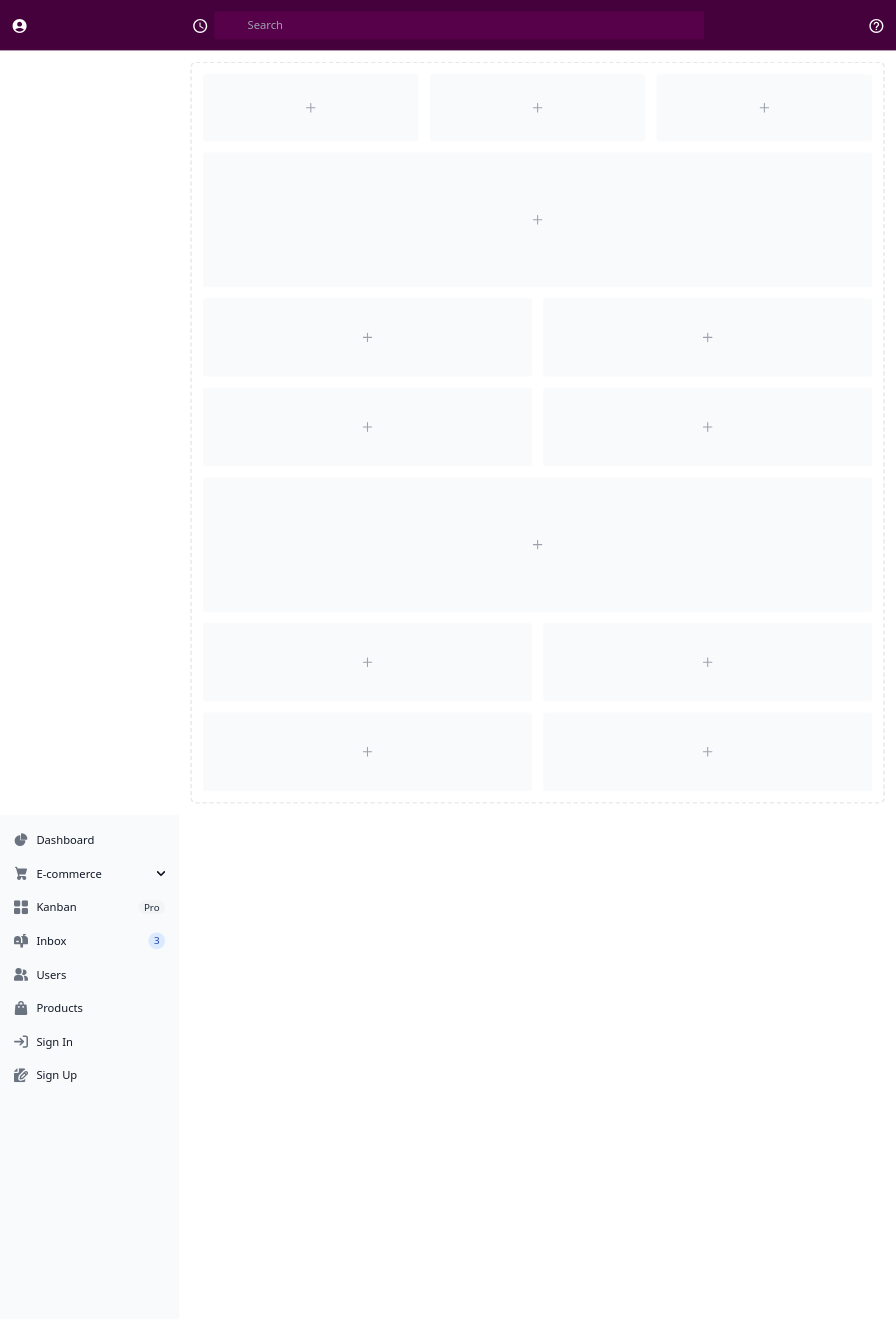
Repository: Shamraiz761/Slack_clone
Page: /
The author's editor kept a copy of each file at every save. The page is drawn from the files as they stood at one save, then again after a run of saves.
The browser window is 1280 px wide. The pictures show the whole page, at 70% of full size.
The project was rebuilt for these pictures with package versions that can differ from the ones it lists, and the page was loaded fresh each time. Also part of the build but not shown: vite.config.js.

Above is the page before, as saved 2024-01-14 18:47:54.

### src/App.jsx

import React from 'react'
import Header from './components/header/Header'
import Sidebar from './components/sidebar/Sidebar'
function App() {

  return (
  <div className="">
    <div>
      <Header />
      </div>

      <Sidebar />
      {/* Other main content goes here */}
    </div>
  )
}

export default App

### src/components/sidebar/Sidebar.jsx
import React from "react";

function Sidebar() {
  return (
    <div className="relative">
      <button
        data-drawer-target="sidebar-multi-level-sidebar"
        data-drawer-toggle="sidebar-multi-level-sidebar"
        aria-controls="sidebar-multi-level-sidebar"
        type="button"
        className="inline-flex items-center p-2 mt-2 ms-3 text-sm text-gray-500 rounded-lg sm:hidden hover:bg-gray-100 focus:outline-none focus:ring-2 focus:ring-gray-200 dark:text-gray-400 dark:hover:bg-gray-700 dark:focus:ring-gray-600"
      >
        <span className="sr-only">Open sidebar</span>
        <svg
          className="w-6 h-6"
          aria-hidden="true"
          fill="currentColor"
          viewBox="0 0 20 20"
          xmlns="http://www.w3.org/2000/svg"
        >
          <path
            clip-rule="evenodd"
            fill-rule="evenodd"
            d="M2 4.75A.75.75 0 012.75 4h14.5a.75.75 0 010 1.5H2.75A.75.75 0 012 4.75zm0 10.5a.75.75 0 01.75-.75h7.5a.75.75 0 010 1.5h-7.5a.75.75 0 01-.75-.75zM2 10a.75.75 0 01.75-.75h14.5a.75.75 0 010 1.5H2.75A.75.75 0 012 10z"
          ></path>
        </svg>
      </button>

      <aside
        id="sidebar-multi-level-sidebar"
        className="absolute top-full left-0  w-64 h-screen transition-transform -translate-x-full sm:translate-x-0"
        aria-label="Sidebar"
      >
        <div className="h-full px-3 py-4 overflow-y-auto bg-gray-50 dark:bg-gray-800">
          <ul className="space-y-2 font-medium">
            <li>
              <a
                href="#"
                className="flex items-center p-2 text-gray-900 rounded-lg dark:text-white hover:bg-gray-100 dark:hover:bg-gray-700 group"
              >
                <svg
                  className="w-5 h-5 text-gray-500 transition duration-75 dark:text-gray-400 group-hover:text-gray-900 dark:group-hover:text-white"
                  aria-hidden="true"
                  xmlns="http://www.w3.org/2000/svg"
                  fill="currentColor"
                  viewBox="0 0 22 21"
                >
                  <path d="M16.975 11H10V4.025a1 1 0 0 0-1.066-.998 8.5 8.5 0 1 0 9.039 9.039.999.999 0 0 0-1-1.066h.002Z" />
                  <path d="M12.5 0c-.157 0-.311.01-.565.027A1 1 0 0 0 11 1.02V10h8.975a1 1 0 0 0 1-.935c.013-.188.028-.374.028-.565A8.51 8.51 0 0 0 12.5 0Z" />
                </svg>
                <span className="ms-3">Dashboard</span>
              </a>
            </li>
            <li>
              <button
                type="button"
                className="flex items-center w-full p-2 text-base text-gray-900 transition duration-75 rounded-lg group hover:bg-gray-100 dark:text-white dark:hover:bg-gray-700"
                aria-controls="dropdown-example"
                data-collapse-toggle="dropdown-example"
              >
                <svg
                  className="flex-shrink-0 w-5 h-5 text-gray-500 transition duration-75 group-hover:text-gray-900 dark:text-gray-400 dark:group-hover:text-white"
                  aria-hidden="true"
                  xmlns="http://www.w3.org/2000/svg"
                  fill="currentColor"
                  viewBox="0 0 18 21"
                >
                  <path d="M15 12a1 1 0 0 0 .962-.726l2-7A1 1 0 0 0 17 3H3.77L3.175.745A1 1 0 0 0 2.208 0H1a1 1 0 0 0 0 2h.438l.6 2.255v.019l2 7 .746 2.986A3 3 0 1 0 9 17a2.966 2.966 0 0 0-.184-1h2.368c-.118.32-.18.659-.184 1a3 3 0 1 0 3-3H6.78l-.5-2H15Z" />
                </svg>
                <span className="flex-1 ms-3 text-left rtl:text-right whitespace-nowrap">
                  E-commerce
                </span>
                <svg
                  className="w-3 h-3"
                  aria-hidden="true"
                  xmlns="http://www.w3.org/2000/svg"
                  fill="none"
                  viewBox="0 0 10 6"
                >
                  <path
                    stroke="currentColor"
                    stroke-linecap="round"
                    stroke-linejoin="round"
                    stroke-width="2"
                    d="m1 1 4 4 4-4"
                  />
                </svg>
              </button>
              <ul id="dropdown-example" className="hidden py-2 space-y-2">
                <li>
                  <a
                    href="#"
                    className="flex items-center w-full p-2 text-gray-900 transition duration-75 rounded-lg pl-11 group hover:bg-gray-100 dark:text-white dark:hover:bg-gray-700"
                  >
                    Products
                  </a>
                </li>
                <li>
                  <a
                    href="#"
                    className="flex items-center w-full p-2 text-gray-900 transition duration-75 rounded-lg pl-11 group hover:bg-gray-100 dark:text-white dark:hover:bg-gray-700"
                  >
                    Billing
                  </a>
                </li>
                <li>
                  <a
                    href="#"
                    className="flex items-center w-full p-2 text-gray-900 transition duration-75 rounded-lg pl-11 group hover:bg-gray-100 dark:text-white dark:hover:bg-gray-700"
                  >
                    Invoice
                  </a>
                </li>
              </ul>
            </li>
            <li>
              <a
                href="#"
                className="flex items-center p-2 text-gray-900 rounded-lg dark:text-white hover:bg-gray-100 dark:hover:bg-gray-700 group"
              >
                <svg
                  className="flex-shrink-0 w-5 h-5 text-gray-500 transition duration-75 dark:text-gray-400 group-hover:text-gray-900 dark:group-hover:text-white"
                  aria-hidden="true"
                  xmlns="http://www.w3.org/2000/svg"
                  fill="currentColor"
                  viewBox="0 0 18 18"
                >
                  <path d="M6.143 0H1.857A1.857 1.857 0 0 0 0 1.857v4.286C0 7.169.831 8 1.857 8h4.286A1.857 1.857 0 0 0 8 6.143V1.857A1.857 1.857 0 0 0 6.143 0Zm10 0h-4.286A1.857 1.857 0 0 0 10 1.857v4.286C10 7.169 10.831 8 11.857 8h4.286A1.857 1.857 0 0 0 18 6.143V1.857A1.857 1.857 0 0 0 16.143 0Zm-10 10H1.857A1.857 1.857 0 0 0 0 11.857v4.286C0 17.169.831 18 1.857 18h4.286A1.857 1.857 0 0 0 8 16.143v-4.286A1.857 1.857 0 0 0 6.143 10Zm10 0h-4.286A1.857 1.857 0 0 0 10 11.857v4.286c0 1.026.831 1.857 1.857 1.857h4.286A1.857 1.857 0 0 0 18 16.143v-4.286A1.857 1.857 0 0 0 16.143 10Z" />
                </svg>
                <span className="flex-1 ms-3 whitespace-nowrap">Kanban</span>
                <span className="inline-flex items-center justify-center px-2 ms-3 text-sm font-medium text-gray-800 bg-gray-100 rounded-full dark:bg-gray-700 dark:text-gray-300">
                  Pro
                </span>
              </a>
            </li>
            <li>
              <a
                href="#"
                className="flex items-center p-2 text-gray-900 rounded-lg dark:text-white hover:bg-gray-100 dark:hover:bg-gray-700 group"
              >
                <svg
                  className="flex-shrink-0 w-5 h-5 text-gray-500 transition duration-75 dark:text-gray-400 group-hover:text-gray-900 dark:group-hover:text-white"
                  aria-hidden="true"
                  xmlns="http://www.w3.org/2000/svg"
                  fill="currentColor"
                  viewBox="0 0 20 20"
                >
                  <path d="m17.418 3.623-.018-.008a6.713 6.713 0 0 0-2.4-.569V2h1a1 1 0 1 0 0-2h-2a1 1 0 0 0-1 1v2H9.89A6.977 6.977 0 0 1 12 8v5h-2V8A5 5 0 1 0 0 8v6a1 1 0 0 0 1 1h8v4a1 1 0 0 0 1 1h2a1 1 0 0 0 1-1v-4h6a1 1 0 0 0 1-1V8a5 5 0 0 0-2.582-4.377ZM6 12H4a1 1 0 0 1 0-2h2a1 1 0 0 1 0 2Z" />
                </svg>
                <span className="flex-1 ms-3 whitespace-nowrap">Inbox</span>
                <span className="inline-flex items-center justify-center w-3 h-3 p-3 ms-3 text-sm font-medium text-blue-800 bg-blue-100 rounded-full dark:bg-blue-900 dark:text-blue-300">
                  3
                </span>
              </a>
            </li>
            <li>
              <a
                href="#"
                className="flex items-center p-2 text-gray-900 rounded-lg dark:text-white hover:bg-gray-100 dark:hover:bg-gray-700 group"
              >
                <svg
                  className="flex-shrink-0 w-5 h-5 text-gray-500 transition duration-75 dark:text-gray-400 group-hover:text-gray-900 dark:group-hover:text-white"
                  aria-hidden="true"
                  xmlns="http://www.w3.org/2000/svg"
                  fill="currentColor"
                  viewBox="0 0 20 18"
                >
                  <path d="M14 2a3.963 3.963 0 0 0-1.4.267 6.439 6.439 0 0 1-1.331 6.638A4 4 0 1 0 14 2Zm1 9h-1.264A6.957 6.957 0 0 1 15 15v2a2.97 2.97 0 0 1-.184 1H19a1 1 0 0 0 1-1v-1a5.006 5.006 0 0 0-5-5ZM6.5 9a4.5 4.5 0 1 0 0-9 4.5 4.5 0 0 0 0 9ZM8 10H5a5.006 5.006 0 0 0-5 5v2a1 1 0 0 0 1 1h11a1 1 0 0 0 1-1v-2a5.006 5.006 0 0 0-5-5Z" />
                </svg>
                <span className="flex-1 ms-3 whitespace-nowrap">Users</span>
              </a>
            </li>
            <li>
              <a
                href="#"
                className="flex items-center p-2 text-gray-900 rounded-lg dark:text-white hover:bg-gray-100 dark:hover:bg-gray-700 group"
              >
                <svg
                  className="flex-shrink-0 w-5 h-5 text-gray-500 transition duration-75 dark:text-gray-400 group-hover:text-gray-900 dark:group-hover:text-white"
                  aria-hidden="true"
                  xmlns="http://www.w3.org/2000/svg"
                  fill="currentColor"
                  viewBox="0 0 18 20"
                >
                  <path d="M17 5.923A1 1 0 0 0 16 5h-3V4a4 4 0 1 0-8 0v1H2a1 1 0 0 0-1 .923L.086 17.846A2 2 0 0 0 2.08 20h13.84a2 2 0 0 0 1.994-2.153L17 5.923ZM7 9a1 1 0 0 1-2 0V7h2v2Zm0-5a2 2 0 1 1 4 0v1H7V4Zm6 5a1 1 0 1 1-2 0V7h2v2Z" />
                </svg>
                <span className="flex-1 ms-3 whitespace-nowrap">Products</span>
              </a>
            </li>
            <li>
              <a
                href="#"
                className="flex items-center p-2 text-gray-900 rounded-lg dark:text-white hover:bg-gray-100 dark:hover:bg-gray-700 group"
              >
                <svg
                  className="flex-shrink-0 w-5 h-5 text-gray-500 transition duration-75 dark:text-gray-400 group-hover:text-gray-900 dark:group-hover:text-white"
                  aria-hidden="true"
                  xmlns="http://www.w3.org/2000/svg"
                  fill="none"
                  viewBox="0 0 18 16"
                >
                  <path
                    stroke="currentColor"
                    stroke-linecap="round"
                    stroke-linejoin="round"
                    stroke-width="2"
                    d="M1 8h11m0 0L8 4m4 4-4 4m4-11h3a2 2 0 0 1 2 2v10a2 2 0 0 1-2 2h-3"
                  />
                </svg>
                <span className="flex-1 ms-3 whitespace-nowrap">Sign In</span>
              </a>
            </li>
            <li>
              <a
                href="#"
                className="flex items-center p-2 text-gray-900 rounded-lg dark:text-white hover:bg-gray-100 dark:hover:bg-gray-700 group"
              >
                <svg
                  className="flex-shrink-0 w-5 h-5 text-gray-500 transition duration-75 dark:text-gray-400 group-hover:text-gray-900 dark:group-hover:text-white"
                  aria-hidden="true"
                  xmlns="http://www.w3.org/2000/svg"
                  fill="currentColor"
                  viewBox="0 0 20 20"
                >
                  <path d="M5 5V.13a2.96 2.96 0 0 0-1.293.749L.879 3.707A2.96 2.96 0 0 0 .13 5H5Z" />
                  <path d="M6.737 11.061a2.961 2.961 0 0 1 .81-1.515l6.117-6.116A4.839 4.839 0 0 1 16 2.141V2a1.97 1.97 0 0 0-1.933-2H7v5a2 2 0 0 1-2 2H0v11a1.969 1.969 0 0 0 1.933 2h12.134A1.97 1.97 0 0 0 16 18v-3.093l-1.546 1.546c-.413.413-.94.695-1.513.81l-3.4.679a2.947 2.947 0 0 1-1.85-.227 2.96 2.96 0 0 1-1.635-3.257l.681-3.397Z" />
                  <path d="M8.961 16a.93.93 0 0 0 .189-.019l3.4-.679a.961.961 0 0 0 .49-.263l6.118-6.117a2.884 2.884 0 0 0-4.079-4.078l-6.117 6.117a.96.96 0 0 0-.263.491l-.679 3.4A.961.961 0 0 0 8.961 16Zm7.477-9.8a.958.958 0 0 1 .68-.281.961.961 0 0 1 .682 1.644l-.315.315-1.36-1.36.313-.318Zm-5.911 5.911 4.236-4.236 1.359 1.359-4.236 4.237-1.7.339.341-1.699Z" />
                </svg>
                <span className="flex-1 ms-3 whitespace-nowrap">Sign Up</span>
              </a>
            </li>
          </ul>
        </div>
      </aside>

      <div className="p-4 sm:ml-64">
        <div className="p-4 border-2 border-gray-200 border-dashed rounded-lg dark:border-gray-700">
          <div className="grid grid-cols-3 gap-4 mb-4">
            <div className="flex items-center justify-center h-24 rounded bg-gray-50 dark:bg-gray-800">
              <p className="text-2xl text-gray-400 dark:text-gray-500">
                <svg
                  className="w-3.5 h-3.5"
                  aria-hidden="true"
                  xmlns="http://www.w3.org/2000/svg"
                  fill="none"
                  viewBox="0 0 18 18"
                >
                  <path
                    stroke="currentColor"
                    stroke-linecap="round"
                    stroke-linejoin="round"
                    stroke-width="2"
                    d="M9 1v16M1 9h16"
                  />
                </svg>
              </p>
            </div>
            <div className="flex items-center justify-center h-24 rounded bg-gray-50 dark:bg-gray-800">
              <p className="text-2xl text-gray-400 dark:text-gray-500">
                <svg
                  className="w-3.5 h-3.5"
                  aria-hidden="true"
                  xmlns="http://www.w3.org/2000/svg"
                  fill="none"
                  viewBox="0 0 18 18"
                >
                  <path
                    stroke="currentColor"
                    stroke-linecap="round"
                    stroke-linejoin="round"
                    stroke-width="2"
                    d="M9 1v16M1 9h16"
                  />
                </svg>
              </p>
            </div>
            <div className="flex items-center justify-center h-24 rounded bg-gray-50 dark:bg-gray-800">
              <p className="text-2xl text-gray-400 dark:text-gray-500">
                <svg
                  className="w-3.5 h-3.5"
                  aria-hidden="true"
                  xmlns="http://www.w3.org/2000/svg"
                  fill="none"
                  viewBox="0 0 18 18"
                >
                  <path
                    stroke="currentColor"
                    stroke-linecap="round"
                    stroke-linejoin="round"
                    stroke-width="2"
                    d="M9 1v16M1 9h16"
                  />
                </svg>
              </p>
            </div>
          </div>
          <div className="flex items-center justify-center h-48 mb-4 rounded bg-gray-50 dark:bg-gray-800">
            <p className="text-2xl text-gray-400 dark:text-gray-500">
              <svg
                className="w-3.5 h-3.5"
                aria-hidden="true"
                xmlns="http://www.w3.org/2000/svg"
                fill="none"
                viewBox="0 0 18 18"
              >
                <path
                  stroke="currentColor"
                  stroke-linecap="round"
                  stroke-linejoin="round"
                  stroke-width="2"
                  d="M9 1v16M1 9h16"
                />
              </svg>
            </p>
          </div>
          <div className="grid grid-cols-2 gap-4 mb-4">
            <div className="flex items-center justify-center rounded bg-gray-50 h-28 dark:bg-gray-800">
              <p className="text-2xl text-gray-400 dark:text-gray-500">
                <svg
                  className="w-3.5 h-3.5"
                  aria-hidden="true"
                  xmlns="http://www.w3.org/2000/svg"
                  fill="none"
                  viewBox="0 0 18 18"
                >
                  <path
                    stroke="currentColor"
                    stroke-linecap="round"
                    stroke-linejoin="round"
                    stroke-width="2"
                    d="M9 1v16M1 9h16"
                  />
                </svg>
              </p>
            </div>
            <div className="flex items-center justify-center rounded bg-gray-50 h-28 dark:bg-gray-800">
              <p className="text-2xl text-gray-400 dark:text-gray-500">
                <svg
                  className="w-3.5 h-3.5"
                  aria-hidden="true"
                  xmlns="http://www.w3.org/2000/svg"
                  fill="none"
                  viewBox="0 0 18 18"
                >
                  <path
                    stroke="currentColor"
                    stroke-linecap="round"
                    stroke-linejoin="round"
                    stroke-width="2"
                    d="M9 1v16M1 9h16"
                  />
                </svg>
              </p>
            </div>
            <div className="flex items-center justify-center rounded bg-gray-50 h-28 dark:bg-gray-800">
              <p className="text-2xl text-gray-400 dark:text-gray-500">
                <svg
                  className="w-3.5 h-3.5"
                  aria-hidden="true"
                  xmlns="http://www.w3.org/2000/svg"
                  fill="none"
                  viewBox="0 0 18 18"
                >
                  <path
                    stroke="currentColor"
                    stroke-linecap="round"
                    stroke-linejoin="round"
                    stroke-width="2"
                    d="M9 1v16M1 9h16"
                  />
                </svg>
              </p>
            </div>
            <div className="flex items-center justify-center rounded bg-gray-50 h-28 dark:bg-gray-800">
              <p className="text-2xl text-gray-400 dark:text-gray-500">
                <svg
                  className="w-3.5 h-3.5"
                  aria-hidden="true"
                  xmlns="http://www.w3.org/2000/svg"
                  fill="none"
                  viewBox="0 0 18 18"
                >
                  <path
                    stroke="currentColor"
                    stroke-linecap="round"
                    stroke-linejoin="round"
                    stroke-width="2"
                    d="M9 1v16M1 9h16"
                  />
                </svg>
              </p>
            </div>
          </div>
          <div className="flex items-center justify-center h-48 mb-4 rounded bg-gray-50 dark:bg-gray-800">
            <p className="text-2xl text-gray-400 dark:text-gray-500">
              <svg
                className="w-3.5 h-3.5"
                aria-hidden="true"
                xmlns="http://www.w3.org/2000/svg"
                fill="none"
                viewBox="0 0 18 18"
              >
                <path
                  stroke="currentColor"
                  stroke-linecap="round"
                  stroke-linejoin="round"
                  stroke-width="2"
                  d="M9 1v16M1 9h16"
                />
              </svg>
            </p>
          </div>
          <div className="grid grid-cols-2 gap-4">
            <div className="flex items-center justify-center rounded bg-gray-50 h-28 dark:bg-gray-800">
              <p className="text-2xl text-gray-400 dark:text-gray-500">
                <svg
                  className="w-3.5 h-3.5"
                  aria-hidden="true"
                  xmlns="http://www.w3.org/2000/svg"
                  fill="none"
                  viewBox="0 0 18 18"
                >
                  <path
                    stroke="currentColor"
                    stroke-linecap="round"
                    stroke-linejoin="round"
                    stroke-width="2"
                    d="M9 1v16M1 9h16"
                  />
                </svg>
              </p>
            </div>
            <div className="flex items-center justify-center rounded bg-gray-50 h-28 dark:bg-gray-800">
              <p className="text-2xl text-gray-400 dark:text-gray-500">
                <svg
                  className="w-3.5 h-3.5"
                  aria-hidden="true"
                  xmlns="http://www.w3.org/2000/svg"
                  fill="none"
                  viewBox="0 0 18 18"
                >
                  <path
                    stroke="currentColor"
                    stroke-linecap="round"
                    stroke-linejoin="round"
                    stroke-width="2"
                    d="M9 1v16M1 9h16"
                  />
                </svg>
              </p>
            </div>
            <div className="flex items-center justify-center rounded bg-gray-50 h-28 dark:bg-gray-800">
              <p className="text-2xl text-gray-400 dark:text-gray-500">
                <svg
                  className="w-3.5 h-3.5"
                  aria-hidden="true"
                  xmlns="http://www.w3.org/2000/svg"
                  fill="none"
                  viewBox="0 0 18 18"
                >
                  <path
                    stroke="currentColor"
                    stroke-linecap="round"
                    stroke-linejoin="round"
                    stroke-width="2"
                    d="M9 1v16M1 9h16"
                  />
                </svg>
              </p>
            </div>
            <div className="flex items-center justify-center rounded bg-gray-50 h-28 dark:bg-gray-800">
              <p className="text-2xl text-gray-400 dark:text-gray-500">
                <svg
                  className="w-3.5 h-3.5"
                  aria-hidden="true"
                  xmlns="http://www.w3.org/2000/svg"
                  fill="none"
                  viewBox="0 0 18 18"
                >
                  <path
                    stroke="currentColor"
                    stroke-linecap="round"
                    stroke-linejoin="round"
                    stroke-width="2"
                    d="M9 1v16M1 9h16"
                  />
                </svg>
              </p>
            </div>
          </div>
        </div>
      </div>
    </div>
  );
}

export default Sidebar;

Loaded but not shown: index.html (common file); src/main.jsx (common file); src/index.css (common file); tailwind.config.js (common file); src/components/header/Header.jsx (48 lines, source omitted)

After the next 2 saves:
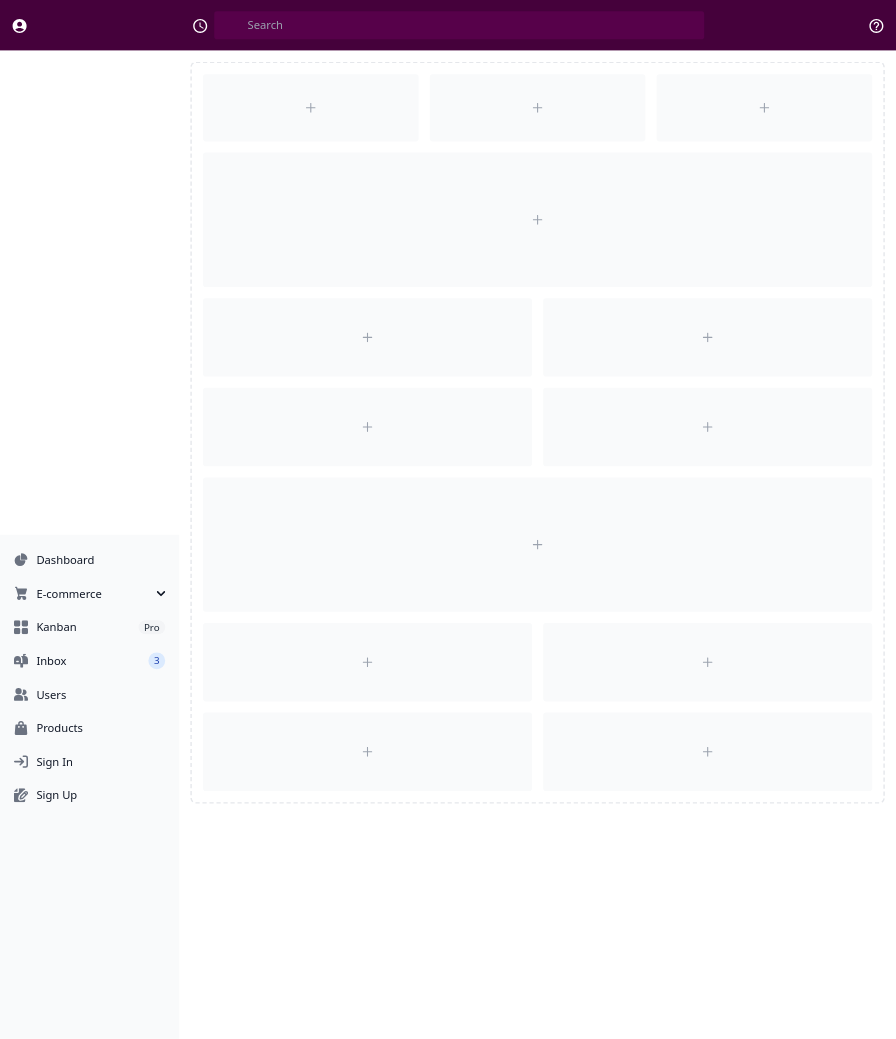
The 2 saves are shown as one change because they came seconds apart.
The last was saved 16 s later.
--- a/src/components/sidebar/Sidebar.jsx
+++ b/src/components/sidebar/Sidebar.jsx
@@ -28,7 +28,7 @@ function Sidebar() {
 
       <aside
         id="sidebar-multi-level-sidebar"
-        className="absolute top-full left-0  w-64 h-screen transition-transform -translate-x-full sm:translate-x-0"
+        className="absolute top-full left-0 mt-[-400px] w-64 h-screen transition-transform -translate-x-full sm:translate-x-0"
         aria-label="Sidebar"
       >
         <div className="h-full px-3 py-4 overflow-y-auto bg-gray-50 dark:bg-gray-800">
